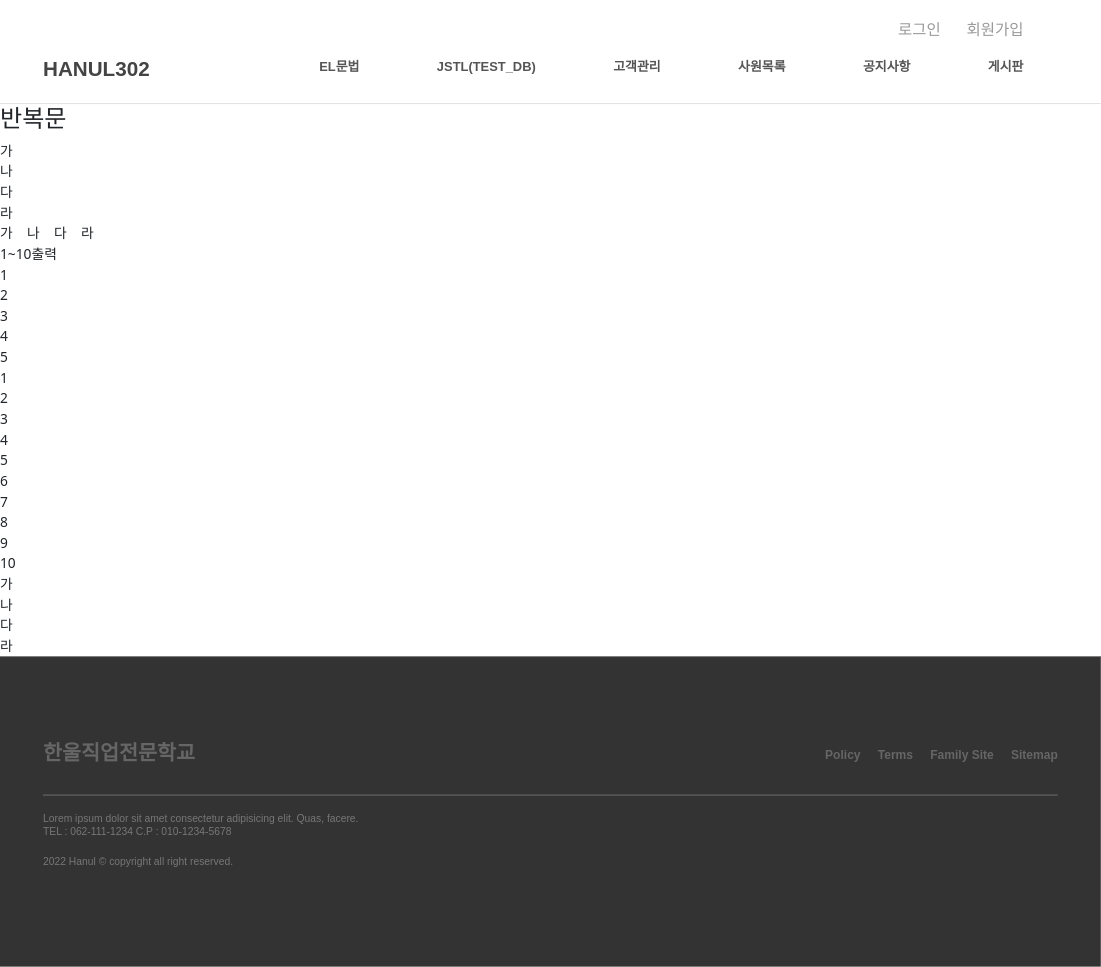
Repository: Xeyeong/servlet
Page: http://localhost/05.MiniProject/el/for.jsp
An editor plug-in stored every save of this project. The page is shown before and after the next save, followed by the edit.
The browser window is 1280 px wide. The pictures show the whole page, at 86% of full size.
Some web libraries are served in a nearby version. The page is served by Tomcat 9.

Above is the page before, as saved 2022-09-20 04:08:27.

After the next save:
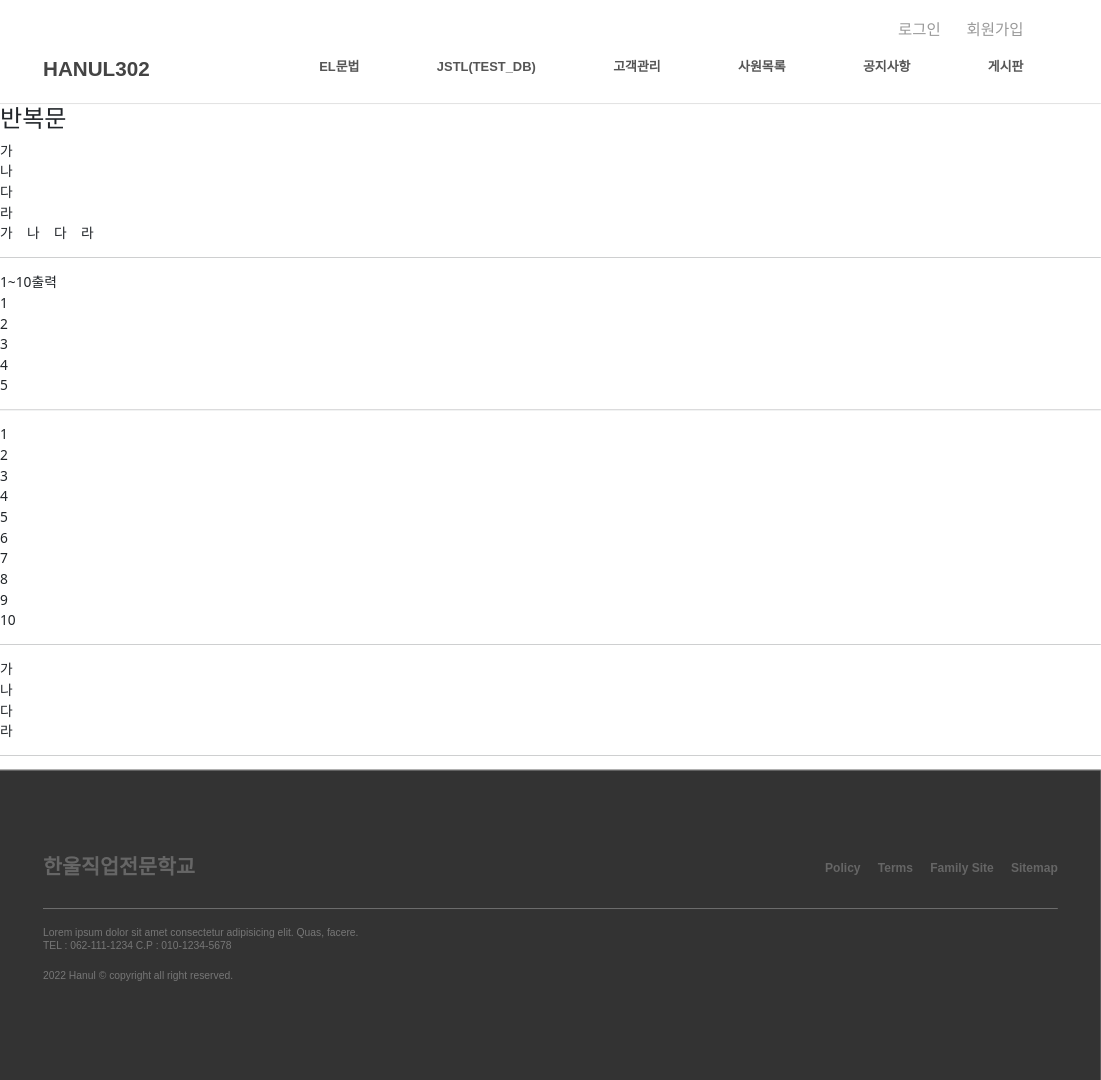
Saved 64 s later.
--- a/05.MiniProject/src/main/webapp/el/for.jsp
+++ b/05.MiniProject/src/main/webapp/el/for.jsp
@@ -20,21 +20,26 @@ for(String s : str){
 <c:forEach items="${data}" var="d" >
 ${d}&nbsp;&nbsp;&nbsp;
 </c:forEach>
+<hr />
+
 <div>1~10출력</div>
 
 <c:forEach var="i" begin="1" end="5" step="1">
 <div>${i}</div>
 </c:forEach>
+<hr />
 
 <%
 for(int i = 1; i < 11; i++){
 	out.println("<div>" + i + "</div>");
 }
 %>
+<hr />
 
 <c:forEach items="<%=str %>" var="s">
 <div>${s}</div>
 </c:forEach>
+<hr />
 
 <jsp:include page="/include/footer.jsp"/>
 
